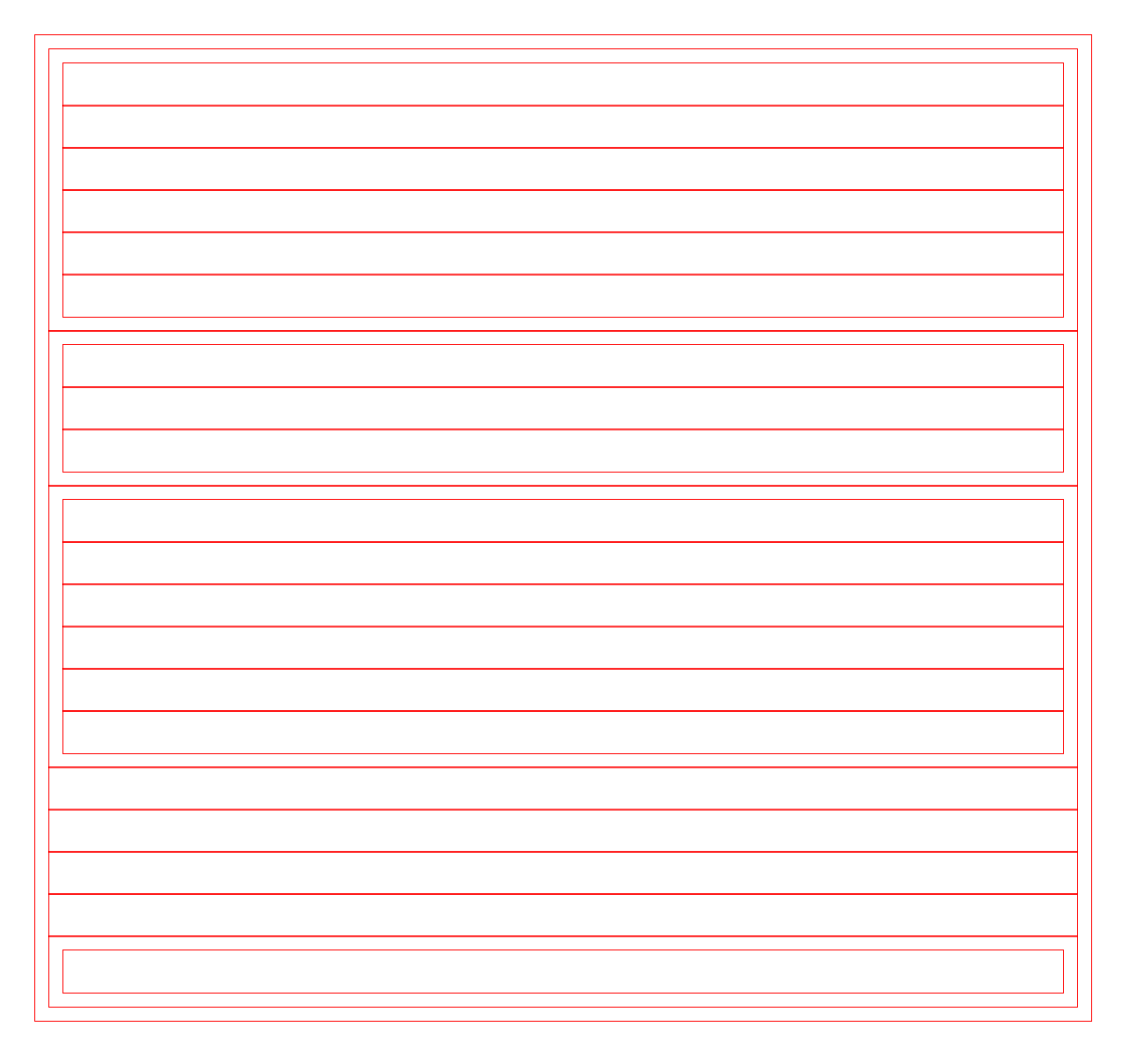
Repository: JacobSkilling-dot/Project1-Blog
Page: Week3-Blog.html
The author's editor kept a copy of each file at every save. The page is drawn from the files as they stood at one save, then again after the next save.
The browser window is 1280 px wide. The pictures show the whole page, at 88% of full size.

Above is the page before, as saved 2023-01-18 16:38:11.

After the next save:
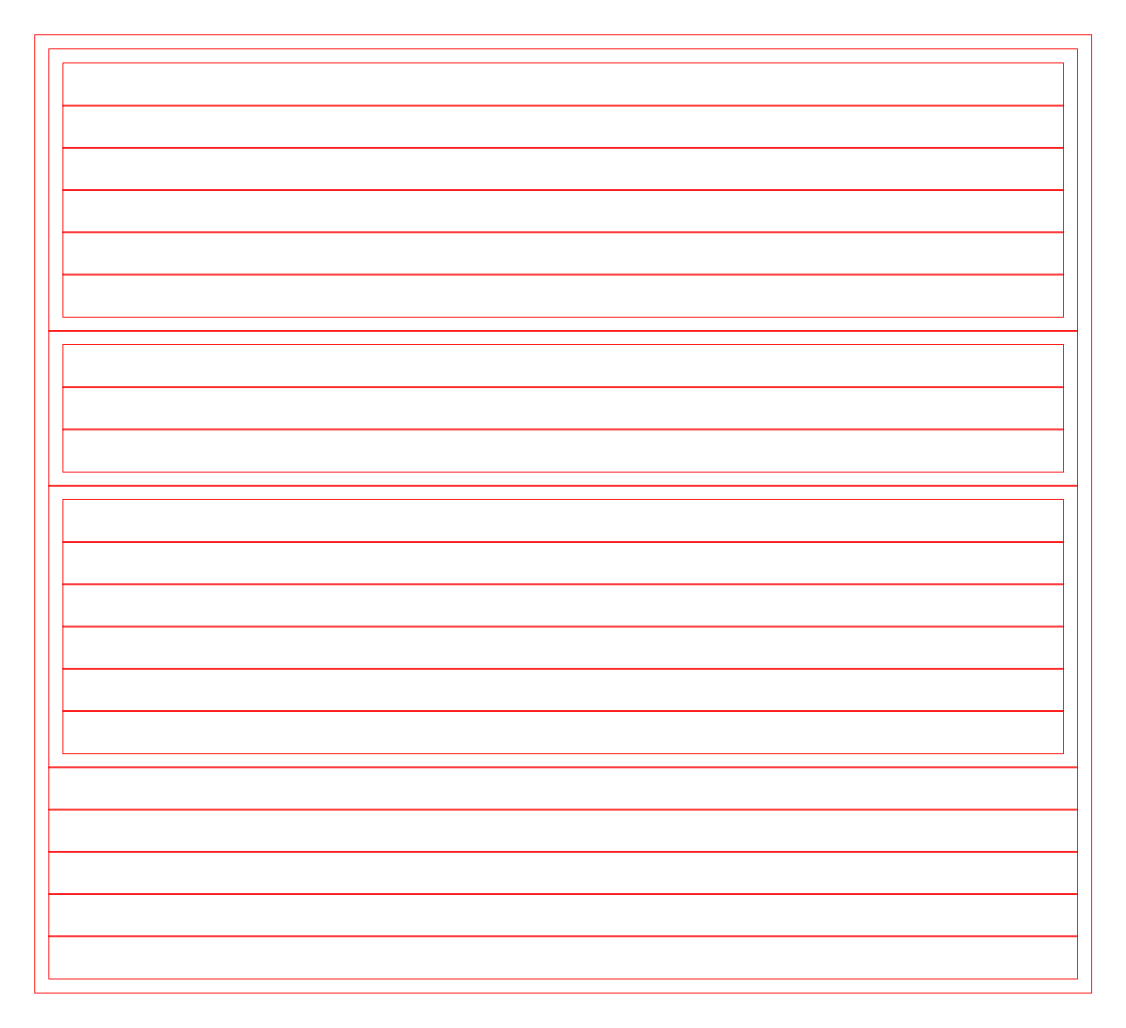
Saved 18 s later.
--- a/Week3-Blog.html
+++ b/Week3-Blog.html
@@ -45,12 +45,6 @@
     <div class="sidebar4"></div>
 
 
-
-
-
-
-        <div class="sidebar">
-
         <div class="footer"></div>
 
         </div>
